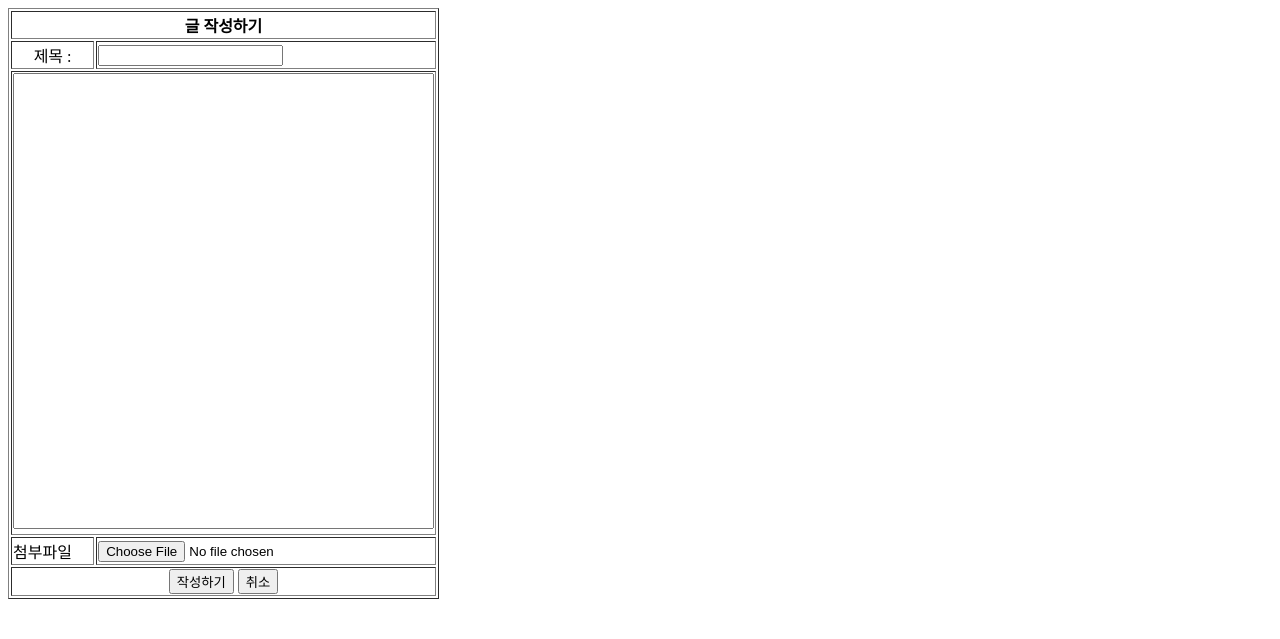
Repository: y2kim/workspace3
Page: WEB_MVC1_JSP_05_25/WebContent/borde/addbordetitle.html
The author's editor kept a copy of each file at every save. The page is drawn from the files as they stood at one save, then again after the next save.
The browser window is 1280 px wide. The pictures show the whole page.

Above is the page before, as saved 2018-06-04 09:40:28.

### WEB_MVC1_JSP_05_25/WebContent/borde/addbordetitle.html
<!DOCTYPE html>
<html>
<head>
<meta charset="UTF-8">
<title>Insert title here</title>
<style>
    *{
    box-sizing: border-box;
    }
</style>
</head>
<body>

<table id="preset" style="display:none;">
	<tr name="tr_attach_file">
		<th>첨부파일</th>
		<td>
			<input type="file" name="attachFile" />
		</td>
	</tr>
</table>

<form id="borad" action="addborde.jsp" method="post" enctype="multipart/form-data" name="form1">
<table border="1">
   <tr><th colspan="5" width=400>글 작성하기</th></tr>
   <tr> <td  align="center">제목 :</td> <td colspan="4"><input type="text" id="title" name="title"></td></tr>
   <tr><td colspan="5"><textarea rows="30" cols="50" style="resize: none;" id="contents" name="contents"></textarea> </td></tr>
  <!--   <tr id="putfile" name="tr_attach_file"><td>첨부파일 추가하기</td>
		<td>
			<button  type="Button" id="addfile" >파일 추가하기</button>
			<button  type="Button" id="minfile" >파일 삭제하기</button>
		</td>
   </tr>-->
    <tr><td>첨부파일</td>
		<td>
			<input type="file" name="file">
		</td>
	</tr>
   <tr ><td colspan="5" style="align-content:center;" align="center" >
   <button id="done" type="button">작성하기</button>
   <button id="cancle" type="button">취소</button>
   </td></tr>
</table>
</form>
<script src="https://code.jquery.com/jquery-3.3.1.js"></script>
 <script >

   document.getElementById("done").onclick = function(){
	   document.getElementById("borad").submit();
   }
    document.getElementById("cancle").onclick = function(){
       location.href="../BorderList.jsp";
    }



 </script>
</body>
</html>

After the next save:
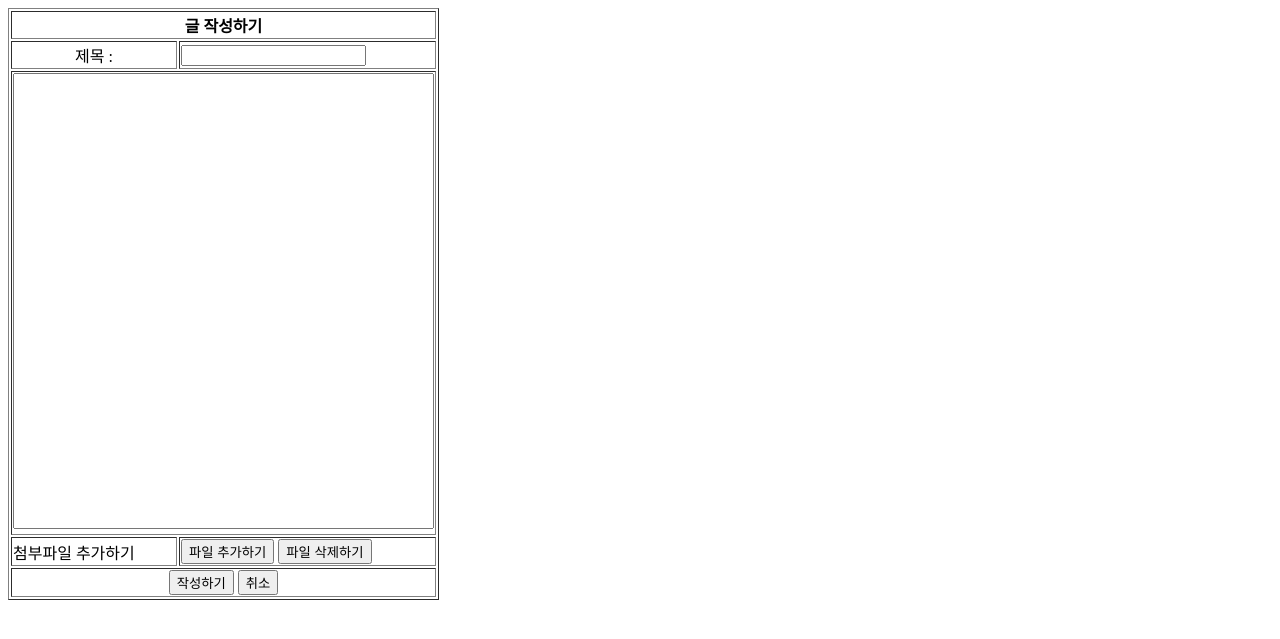
Saved 32 s later.
--- a/WEB_MVC1_JSP_05_25/WebContent/borde/addbordetitle.html
+++ b/WEB_MVC1_JSP_05_25/WebContent/borde/addbordetitle.html
@@ -25,17 +25,12 @@
    <tr><th colspan="5" width=400>글 작성하기</th></tr>
    <tr> <td  align="center">제목 :</td> <td colspan="4"><input type="text" id="title" name="title"></td></tr>
    <tr><td colspan="5"><textarea rows="30" cols="50" style="resize: none;" id="contents" name="contents"></textarea> </td></tr>
-  <!--   <tr id="putfile" name="tr_attach_file"><td>첨부파일 추가하기</td>
+   <tr id="putfile" name="tr_attach_file"><td>첨부파일 추가하기</td>
 		<td>
 			<button  type="Button" id="addfile" >파일 추가하기</button>
 			<button  type="Button" id="minfile" >파일 삭제하기</button>
 		</td>
-   </tr>-->
-    <tr><td>첨부파일</td>
-		<td>
-			<input type="file" name="file">
-		</td>
-	</tr>
+   </tr>
    <tr ><td colspan="5" style="align-content:center;" align="center" >
    <button id="done" type="button">작성하기</button>
    <button id="cancle" type="button">취소</button>
@@ -52,7 +47,31 @@
        location.href="../BorderList.jsp";
     }
 
+    files = 0;
+    $("#addfile").click(function(){
+ 	   files++;
+ 	   if(files > 5){
+ 		   alert("5개 이상 추가 하실수 없습니다");
 
+ 	   }else{
+ 	    $('[name=form1] [name=tr_attach_file]:last').after($('#preset tr').clone);
+
+ 	   }
+
+
+      });
+
+
+    $("#minfile").click(function(){
+  	   if(files < 0){
+  		 alert("없앨수 없는 파일이  없습니다.");
+
+  	   }else{
+  		 var objTo = $("#fileid"+files)
+  		  objTo.remove();
+        }
+  	   files--;
+     });
 
  </script>
 </body>
